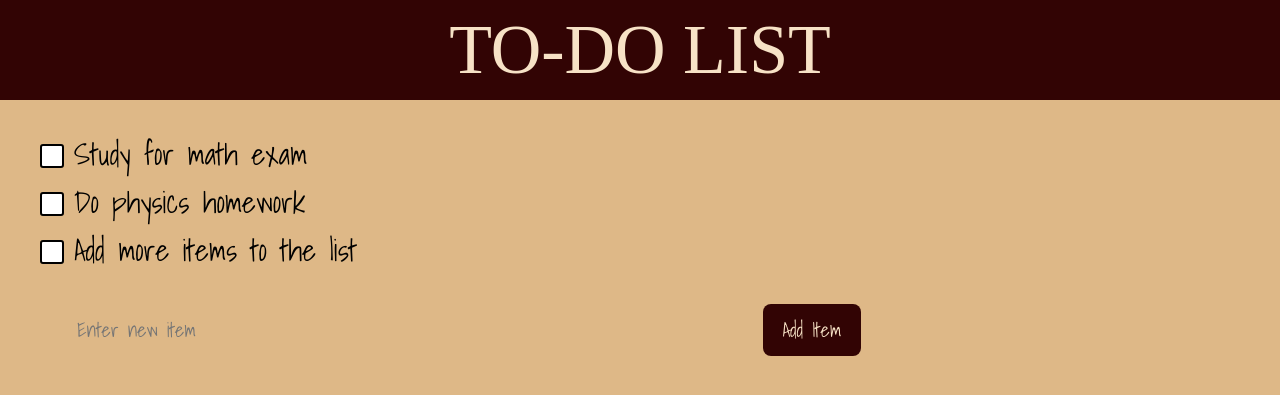
Repository: riya10483/pomodoro
Page: todo.html
These files come from the project's save history. The page is drawn as it stood at one moment and after the next save; the edit follows.
The browser window is 1280 px wide. The pictures show the whole page.
Some web fonts or font styles are not loaded; a fallback is used.

Above is the page before, as saved 2024-09-28 22:28:24.
Console error: TypeError: Cannot set properties of null (setting 'innerHTML')

After the next save:
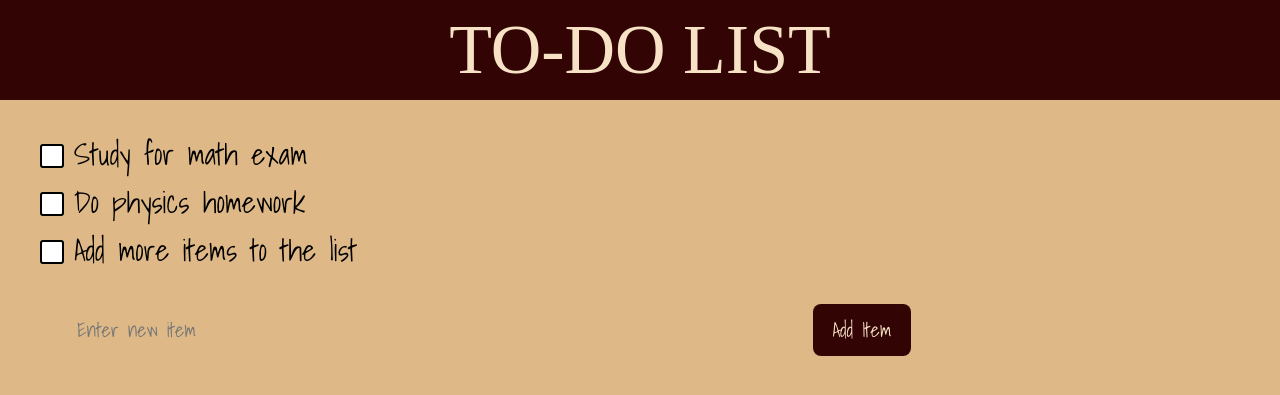
Saved 4 s later.
--- a/todo.css
+++ b/todo.css
@@ -76,5 +76,5 @@
     padding: 10px 20px;
     border-radius: 8px;
     font-size: 20px;
-    margin: 30px 10px 30px auto;
+    margin: 30px 10px 30px 50px;
 }

After the save that followed:
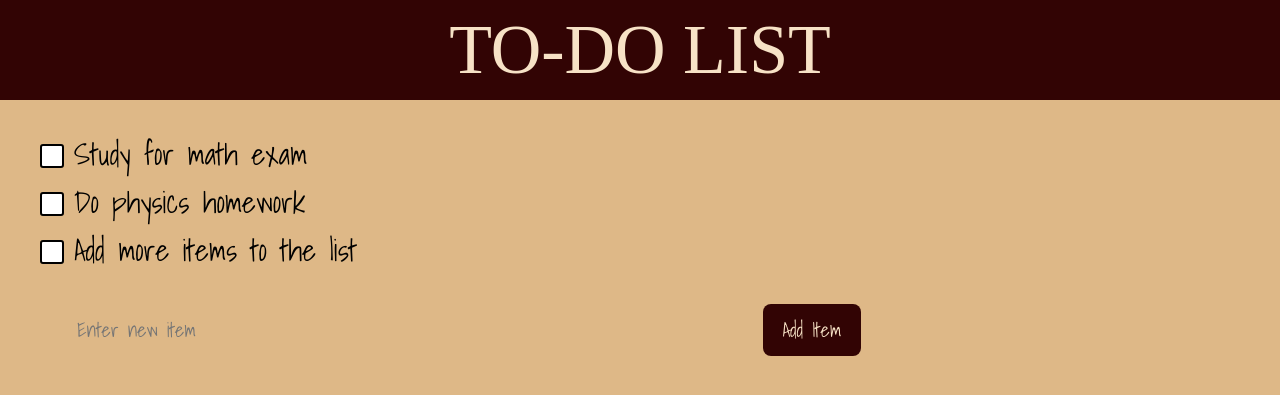
Saved 10 s later.
--- a/todo.css
+++ b/todo.css
@@ -76,5 +76,5 @@
     padding: 10px 20px;
     border-radius: 8px;
     font-size: 20px;
-    margin: 30px 10px 30px 50px;
+    margin: 30px 10px 30px auto;
 }
